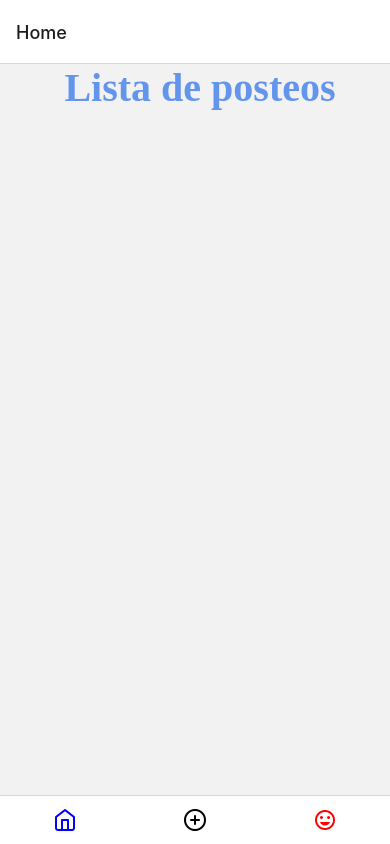
Repository: larafernandezo/finalprog3
Screen: /Menu
An editor plug-in stored every save of this project. The screen is shown before and after the next save, followed by the edit.
The page's requests for data from a server got no answer. The app was drawn by React Native's web renderer in a window 390 px wide. The project was rebuilt for these pictures with package versions that can differ from the ones it lists, and the page was loaded fresh each time. No one was signed in, and anything a server would have sent is missing. Also part of the build but not shown: src/components/Camera.js, src/screens/Registro.js, src/components/Post.js, src/screens/MiPerfil.js, src/screens/NuevoPost.js, src/screens/Perfil.js.

Above is the screen before, as saved 2022-11-22 11:25:07.

After the next save:
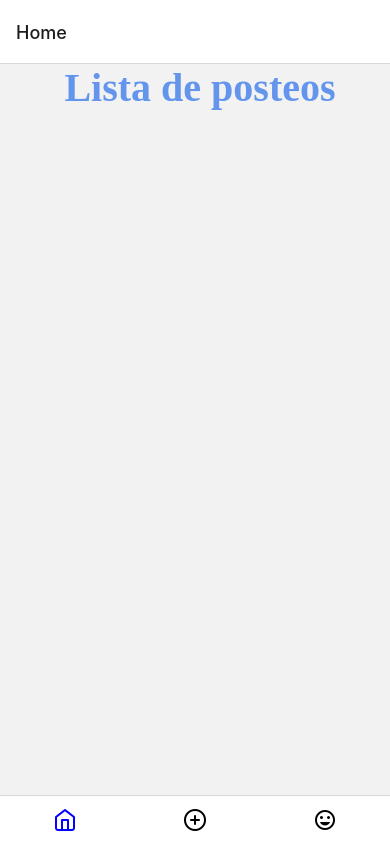
Saved 19 s later.
--- a/src/components/Menu.js
+++ b/src/components/Menu.js
@@ -14,7 +14,7 @@ function Menu () {
         <Tab.Navigator screenOptions = {{ tabBarShowLabel: false}}>
                 <Tab.Screen name = "Home" component={ Home } options ={ { tabBarIcon: () => <Feather name="home" size={24} color="blue" /> } }  />
             <Tab.Screen name = "Postear" component={ NuevoPost }  options ={{ tabBarIcon: () => <Feather name="plus-circle" size={24} color="Orchid" /> }}/>
-            <Tab.Screen name = "Perfil" component={ MiPerfil } options={{ tabBarIcon: () => <MaterialIcons name="tag-faces" size={24} color="red" /> }}/>
+            <Tab.Screen name = "Perfil" component={ MiPerfil } options={{ tabBarIcon: () => <MaterialIcons name="tag-faces" size={24} color="SandyBrown" /> }}/>
         </Tab.Navigator>
     );
 };
